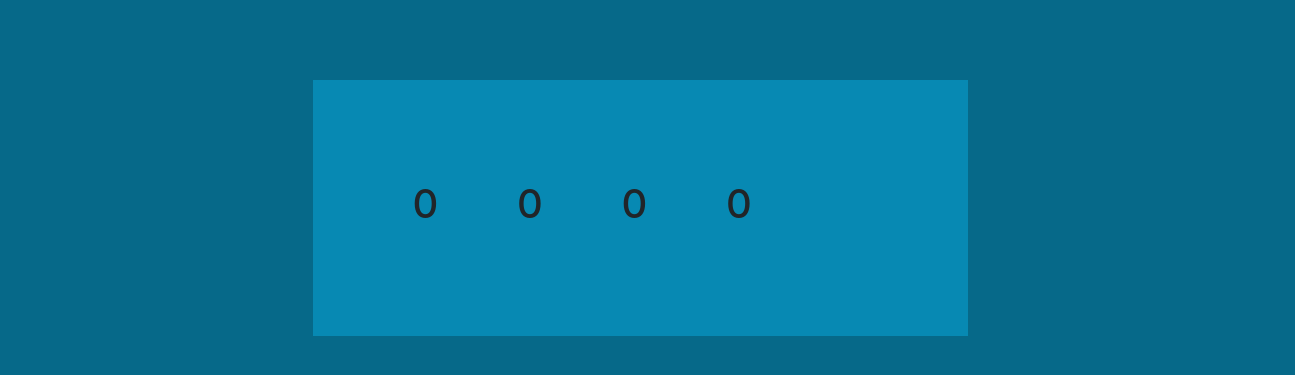
Repository: moiz9265/stopwatch
Page: index.html
An editor plug-in stored every save of this project. The page is shown before and after the next save, followed by the edit.
The browser window is 1280 px wide. The page is 1295 px wide, so the pictures cover 1295 px, including what lies to the right of the window. The pictures show the whole page.

Above is the page before, as saved 2020-07-09 22:52:18.

### index.html
<!DOCTYPE html>
<html lang="en">
  <head>
    <meta charset="utf-8">
    <title>Stop Watch</title>

    <link rel="stylesheet" href="css/bootstrap.min.css">
    <link rel="stylesheet" href="css/style.css" type="text/css">
    <script src="js/app.js">

    </script>
  </head>
  <body>
      <!-- <h1  style="text-align: center;">Stop Watch</h1> -->
        <div class="row" style="margin-top: 80px;">
            <div class="col-md-3">

            </div>
            <div id="maindiv" class="col-sm-12 col-md-6">
                <h1>0</h1>
                <h1>0</h1>
                <h1>0</h1>
                <h1>0</h1>
            </div>
            <div class="col-md-3">

            </div>

        </div>
  </body>
  <script src="js/jquery-3.2.1.slim.min.js"></script>
  <script src="js/popper.min.js"></script>
  <script src="js/bootstrap.min.js"> </script>
</html>

### css/style.css
body{
    background-color: #066989;
}

#maindiv
{

    width: 40%;
    background-color: #0789B3;
    padding: 100px;
}

h1
{
    display: inline-block;
    width: 100px;
}

Loaded but not shown: css/bootstrap.min.css (library); js/jquery-3.2.1.slim.min.js (library); js/popper.min.js (library); js/bootstrap.min.js (library); js/app.js (no stored copy; drawn as an empty file)

After the next save:
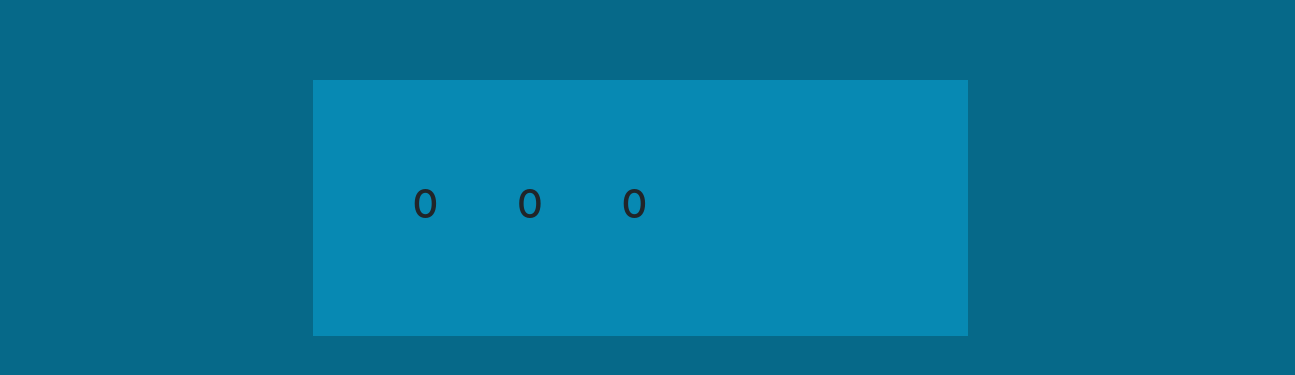
Saved 8 s later.
--- a/index.html
+++ b/index.html
@@ -20,7 +20,7 @@
                 <h1>0</h1>
                 <h1>0</h1>
                 <h1>0</h1>
-                <h1>0</h1>
+                <!-- <h1>0</h1> -->
             </div>
             <div class="col-md-3">
 
